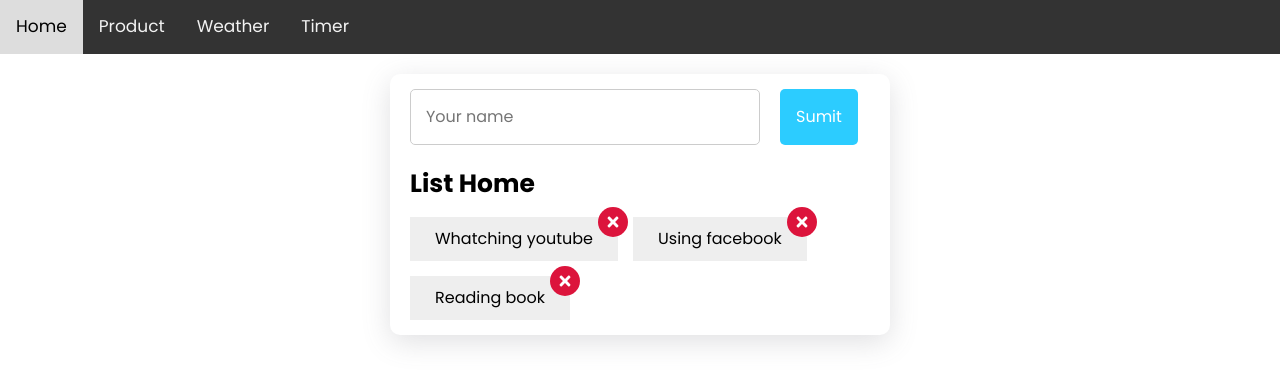
Repository: hoang0508/ReactJsHoiDanIT
Page: /
These files come from the project's save history. The page is drawn as it stood at one moment and after the next save; the edit follows.
The browser window is 1280 px wide. The pictures show the whole page.
The project was rebuilt for these pictures with package versions that can differ from the ones it lists, and the page was loaded fresh each time. Also part of the build but not shown: src/components/Products/Product.js.

Above is the page before, as saved 2022-03-10 10:33:29.

After the next save:
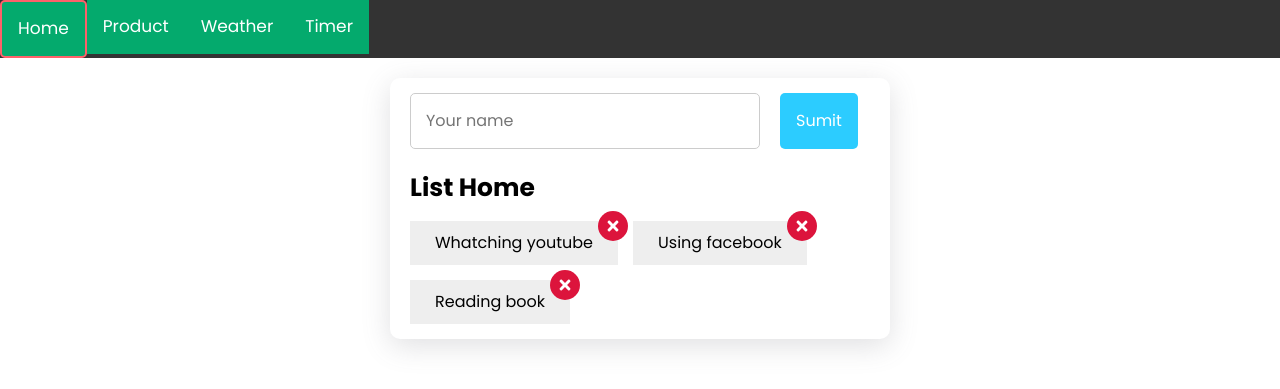
Saved 26 s later.
--- a/src/components/Navigation/Nav.js
+++ b/src/components/Navigation/Nav.js
@@ -30,9 +30,9 @@ const Nav = () => {
       {ListLink &&
         ListLink.length > 0 &&
         ListLink.map((item) => (
-          <Link to={item.to} key={item.id}>
+          <NavLink className="is-active" to={item.to} key={item.id}>
             {item.title}
-          </Link>
+          </NavLink>
         ))}
     </div>
   );
